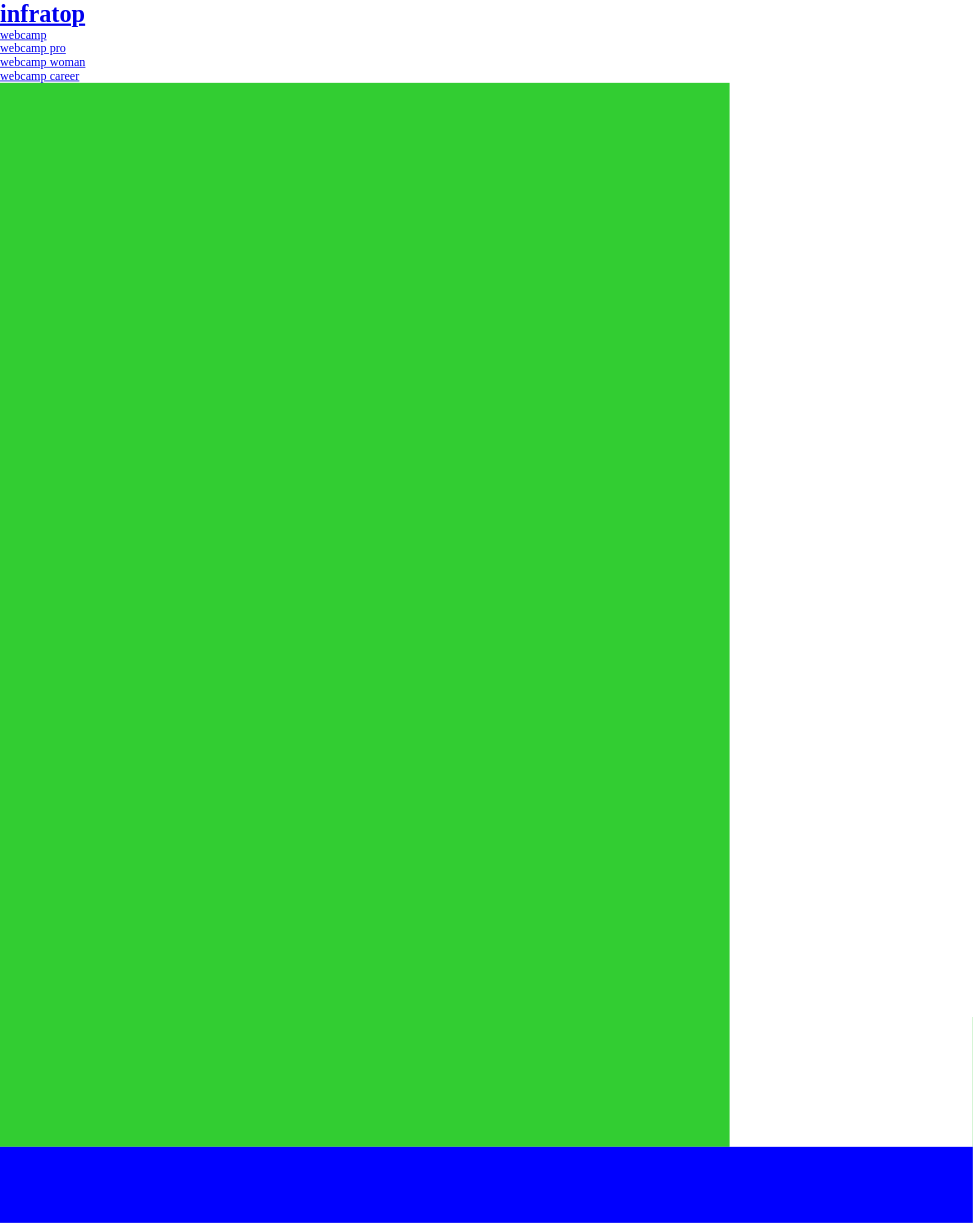
Repository: achoko3/Practice-problem
Page: chapter4/chapter4.html
The author's editor kept a record of every edit. The page is drawn from the files as they stood at one moment, then again after the next edit.
The browser window is 1280 px wide. The pictures show the whole page, at 76% of full size.

Above is the page before.

After the next edit:
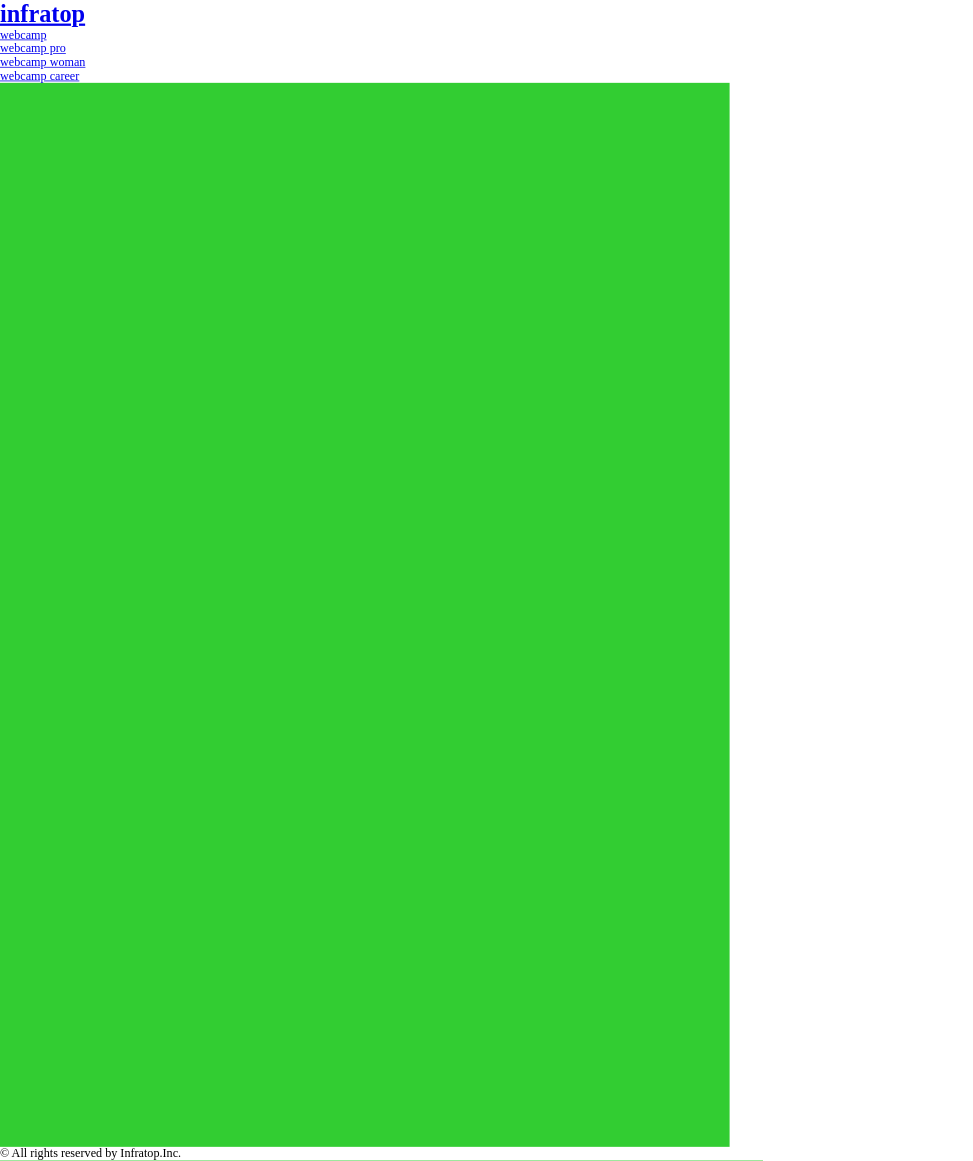
The edit:
--- a/chapter4/chapter4.html
+++ b/chapter4/chapter4.html
@@ -43,7 +43,9 @@
       <div class="box11"></div>
       <div class="box12"></div>
     </div>
-    <div class="footer"></div>
+    <footer>
+      <p class="footer-text">© All rights reserved by Infratop.Inc.</p>
+    </footer>
 
   </body>
 </html>
